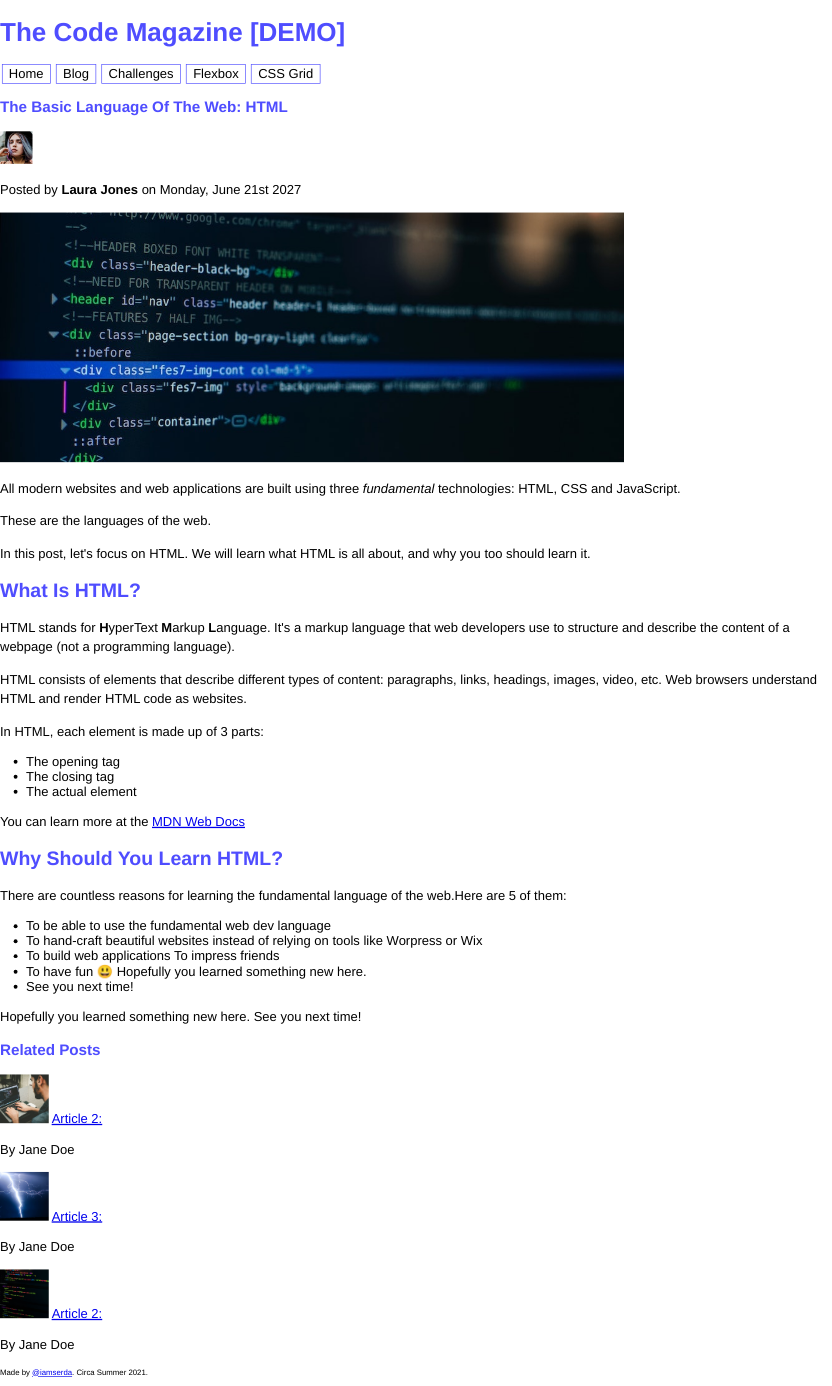
Repository: iamserda/html-css-course
Page: starter/02-HTML-Fundamentals/index.html
The author's editor kept a copy of each file at every save. The page is drawn from the files as they stood at one save, then again after the next save.
The browser window is 1280 px wide. The pictures show the whole page, at 65% of full size.

Above is the page before, as saved 2021-07-17 15:33:41.

### starter/02-HTML-Fundamentals/index.html
<!DOCTYPE html>
<html lang="en">

<head>
    <meta charset="UTF-8" />
    <meta http-equiv="X-UA-Compatible" content="IE=edge" />
    <meta name="viewport" content="width=device-width, initial-scale=1.0" />
    <title>HTML Fundamentals by Laura Jones</title>
    <link href="index.css" rel="stylesheet" />
</head>

<body>
    <header>
        <h1>The Code Magazine [DEMO]</h1>
        <nav>
            <ul>
                <li><a href="index.html">Home</a></li>
                <li><a href="blog/">Blog</a></li>
                <li><a href="challenges/">Challenges</a></li>
                <li><a href="https://css-tricks.com/snippets/css/a-guide-to-flexbox/" target="_blank">Flexbox</a></li>
                <li><a href="https://css-tricks.com/snippets/css/complete-guide-grid/" target="_blank">CSS Grid</a></li>
            </ul>
        </nav>
    </header>
    <main>
        <section>
            <article>
                <header class="article-meta">
                    <h1 class="post-title">The Basic Language of the Web: HTML</h1>
                    <img class="author-pic" src="img/laura-jones.jpg" alt="photo of author laura jones" />
                    <p>Posted by <strong>Laura Jones</strong> on Monday, June 21st 2027</p>
                </header>
                <div class="article-content">
                    <img class="post-image" src="img/post-img.jpg" alt="displaying html code." />
                    <p> All modern websites and web applications are built using three
                        <em>fundamental</em> technologies: HTML, CSS and JavaScript.
                    </p>
                    <p>These are the languages of the web.</p>
                    <p>
                        In this post, let's focus on HTML. We will learn what HTML is all about, and why you too should
                        learn it.
                    </p>

                    <h2>What is HTML?</h2>

                    <p>
                        HTML stands for <b>H</b>yperText <b>M</b>arkup <b>L</b>anguage. It's a markup language that web
                        developers use to structure and describe the content of a webpage (not a programming language).
                    </p>

                    <p>
                        HTML consists of elements that describe different types of content: paragraphs, links, headings,
                        images, video, etc. Web browsers understand HTML and render HTML code as websites.
                    </p>

                    <p>In HTML, each element is made up of 3 parts:</p>
                    <ul>
                        <li>The opening tag</li>
                        <li>The closing tag</li>
                        <li>The actual element</li>
                    </ul>
                    <p>
                        You can learn more at the
                        <a href="https://developer.mozilla.org/en-US/" target="_blank">MDN Web Docs</a>
                    </p>
                    <h2>Why should you learn HTML?</h2>
                    <p>There are countless reasons for learning the fundamental language of the web.Here are 5 of them:
                    </p>
                    <ul>
                        <li>To be able to use the fundamental web dev language</li>
                        <li>To hand-craft beautiful websites instead of relying on tools like Worpress or Wix</li>
                        <li>To build web applications To impress friends</li>
                        <li>To have fun 😃 Hopefully you learned something new here.</li>
                        <li>See you next time!</li>
                    </ul>
                    <p>Hopefully you learned something new here. See you next time!</p>
                </div>
            </article>
        </section>
        <aside>
            <h3>Related Posts</h3>
            <div class="related">
                <img src="img/related-1.jpg" alt="a programmer writing code.">
                <a href="#article2">Article 2:</a>
                <p>By Jane Doe</p>
            </div>
            <div class="related">
                <img src="img/related-2.jpg" alt="a programmer writing code.">
                <a href="#article3">Article 3:</a>
                <p>By Jane Doe</p>
            </div>
            <div class="related">
                <img src="img/related-3.jpg" alt="a programmer writing code.">
                <a href="#article4">Article 2:</a>
                <p>By Jane Doe</p>
            </div>
        </aside>
    </main>
    <footer>
        <p>Made by <a href="https://twitter.com/iamserda">@iamserda</a>. Circa Summer 2021.</p>
    </footer>
</body>

</html>

### starter/02-HTML-Fundamentals/index.css
* {
    box-sizing: border-box;
}

html {
    font-size: 16px;
}

html,
body {
    margin: 0;
    padding: 0;
}

body {
    font-family: Helvetica, Arial, sans-serif;
    font-size: 1.25rem;
}

h1,
h2,
h3,
h4,
h5,
h6 {
    color: rgb(79, 77, 255);
    text-transform: capitalize;
}

p {
    line-height: 1.5;
}

nav ul {
    padding-left: 0;
}

nav li {
    list-style: none;
    border: 1px solid rgb(79, 77, 255);
    padding: 0.125em 0.5em;
    margin-left: 0.125em;
    display: inline-block;

}

nav a {
    display: block;
    text-decoration: none;
    color: inherit;
    width: 100%;
    height: auto;
}

nav li:hover {
    background-color: rgb(79, 77, 255);

}

nav li:hover a {
    color: white;
}

.related img {
    width: 100%;
    max-width: 75px;
}

.post-title {
    color: rgb(79, 77, 255);
}

.post-image {
    width: 100%;
    max-width: 960px;
    height: auto;
}

.author-pic {
    width: 100%;
    max-width: 50px;
    height: auto;
}

footer p {
    font-size: 0.75rem;
}

After the next save:
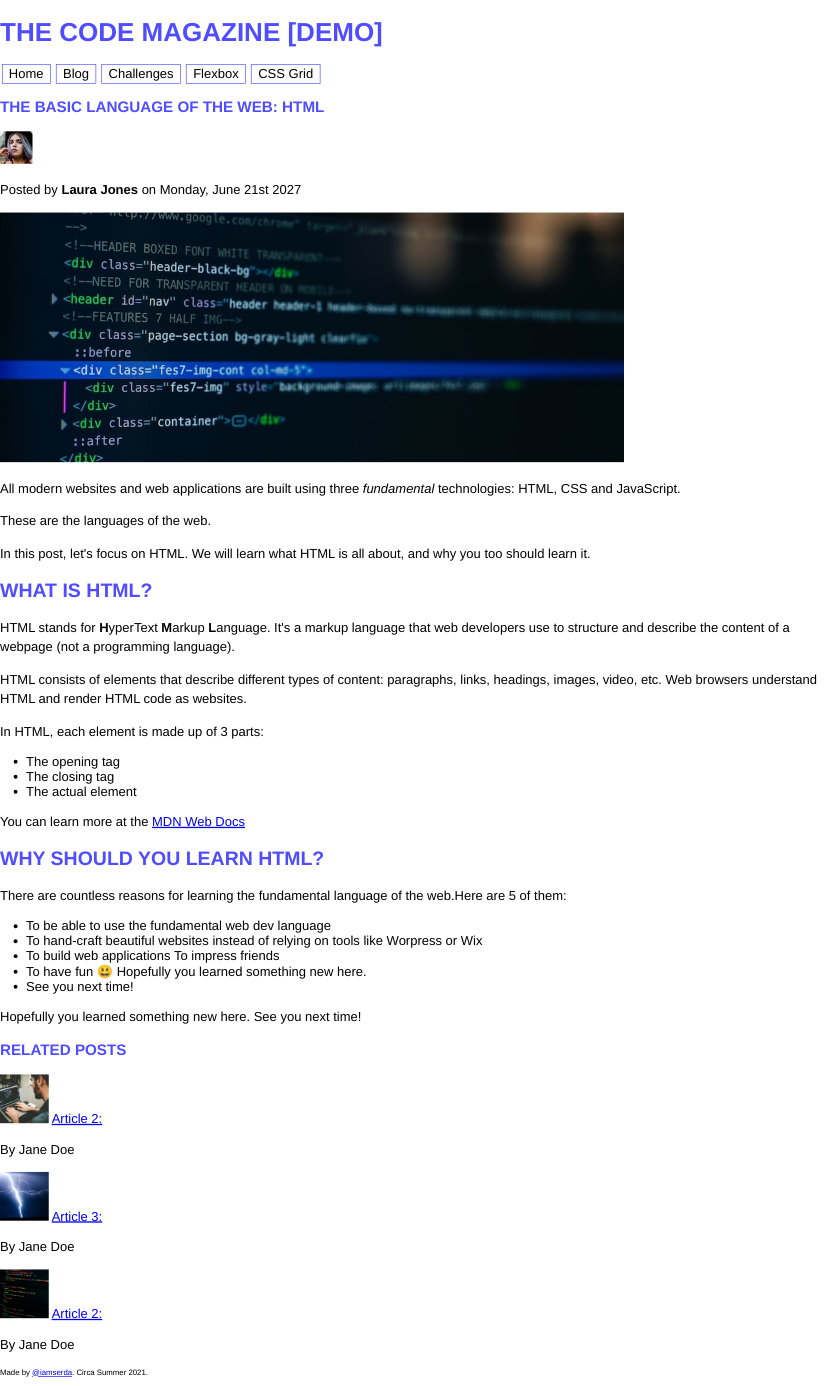
Saved 4 min 9 s later.
--- a/starter/02-HTML-Fundamentals/index.css
+++ b/starter/02-HTML-Fundamentals/index.css
@@ -24,7 +24,7 @@ h4,
 h5,
 h6 {
     color: rgb(79, 77, 255);
-    text-transform: capitalize;
+    text-transform: uppercase;
 }
 
 p {
